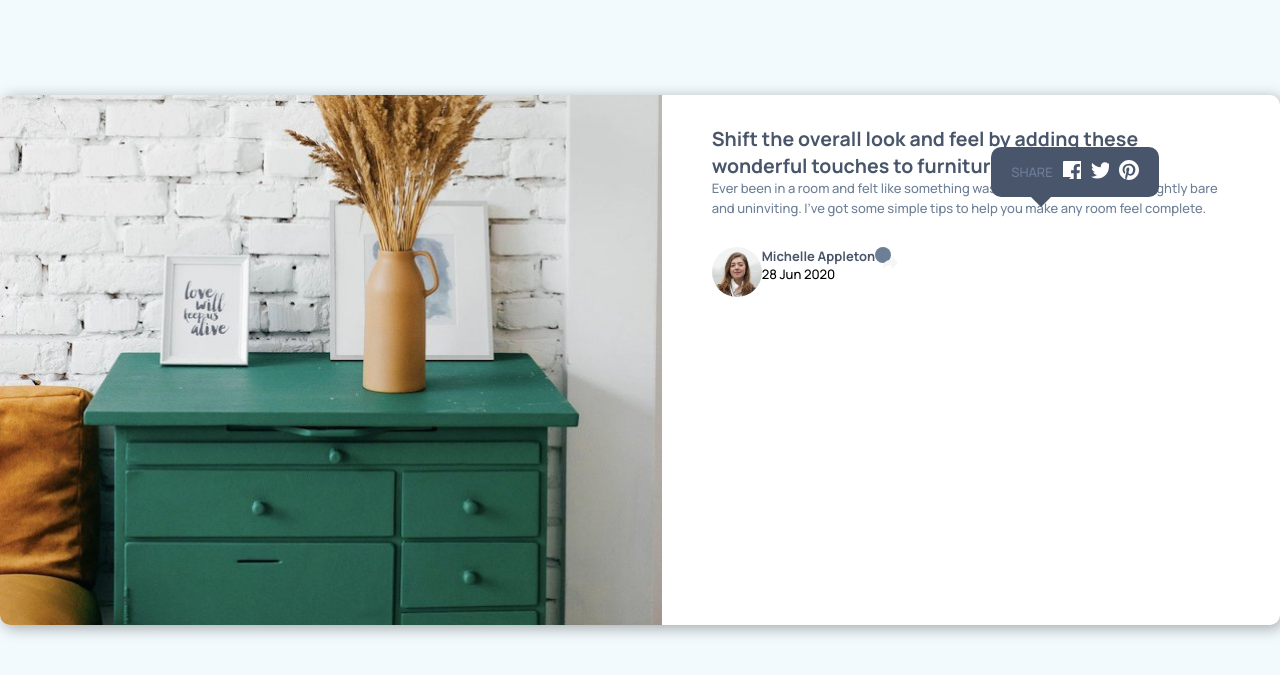
Repository: ellenliao95/frontend-mentor-solution
Page: article-preview-component-master/index.html
The author's editor kept a copy of each file at every save. The page is drawn from the files as they stood at one save, then again after the next save.
The browser window is 1280 px wide. The pictures show the whole page.

Above is the page before, as saved 2023-03-17 12:00:52.

After the next save:
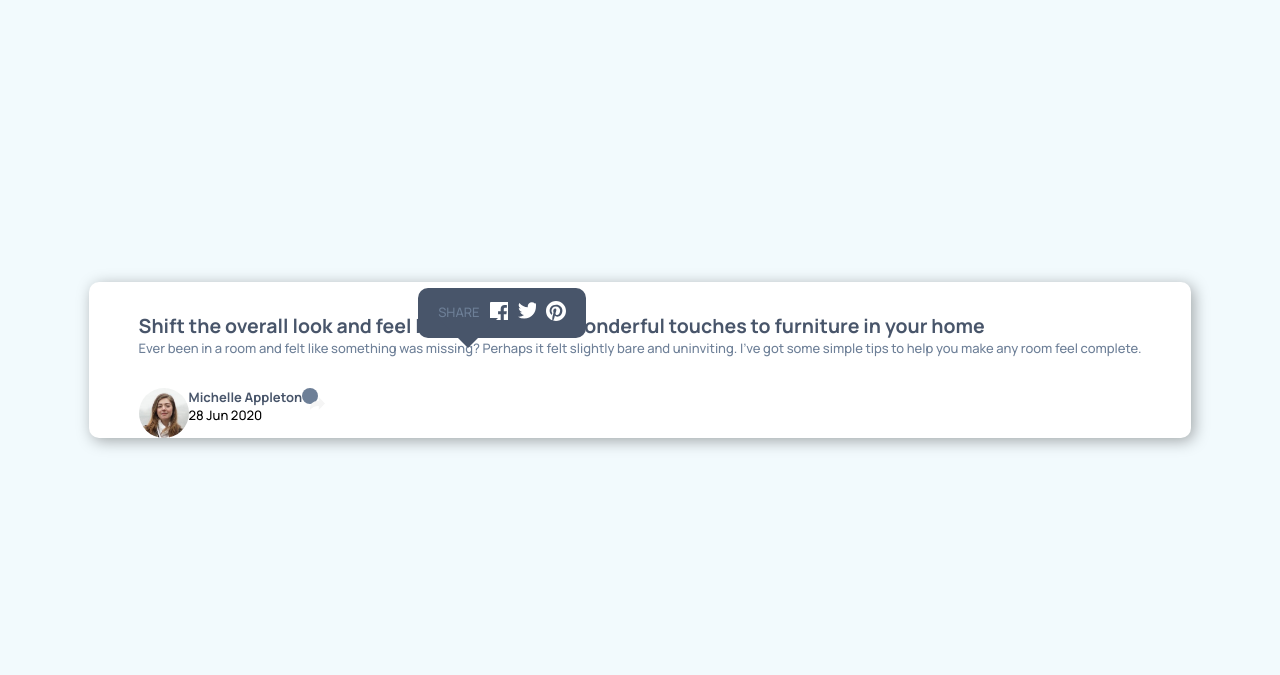
Saved 118 s later.
--- a/article-preview-component-master/index.html
+++ b/article-preview-component-master/index.html
@@ -22,7 +22,6 @@
     </picture>
   </article>
   <main>
-    <img src="images/drawers.jpg" alt="photo" id="left-image">
       <div class="right-site">
         <div class="text-container">
           <h2>Shift the overall look and feel by adding these wonderful
